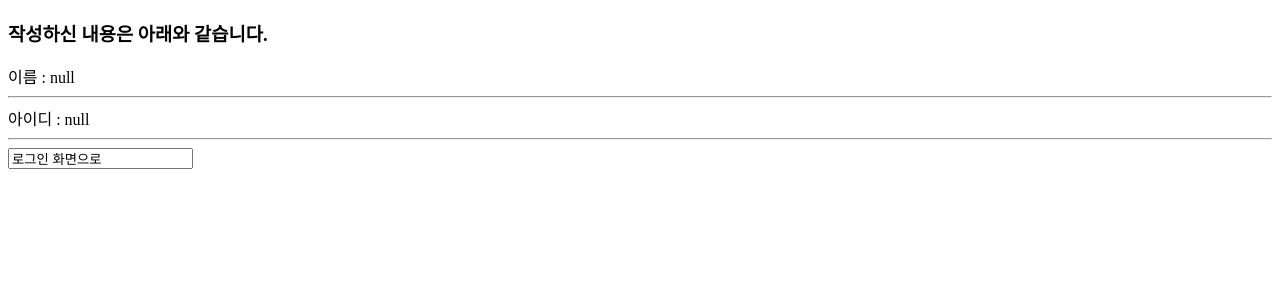
Repository: Gabintree/JDBC2019
Page: http://localhost/Oracle_20190522/chap10_joined.jsp
An editor plug-in stored every save of this project. The page is shown before and after the next save, followed by the edit.
The browser window is 1280 px wide. The pictures show the whole page.
The page is served by Tomcat 9.

Above is the page before, as saved 2019-05-23 06:30:22.

### Oracle_20190522/WebContent/chap10_joined.jsp
<%@ page language="java" contentType="text/html; charset=UTF-8"
    pageEncoding="UTF-8"%>
<!DOCTYPE html>
<html>
<head>
<meta charset="UTF-8">
<title>Insert title here</title>
</head>
<body>
<%
 	String id = request.getParameter("id");
	String pw = request.getParameter("pw");
	String name = request.getParameter("name");



 %>

 	<h3>작성하신 내용은 아래와 같습니다.</h3>

 	이름 : <%=name %>
 	<hr>
 	아이디 : <%= id %>
	<hr>
	<a href = "chap10_login.jsp"><input type ="text" value="로그인 화면으로"></a>
</body>
</html>

After the next save:
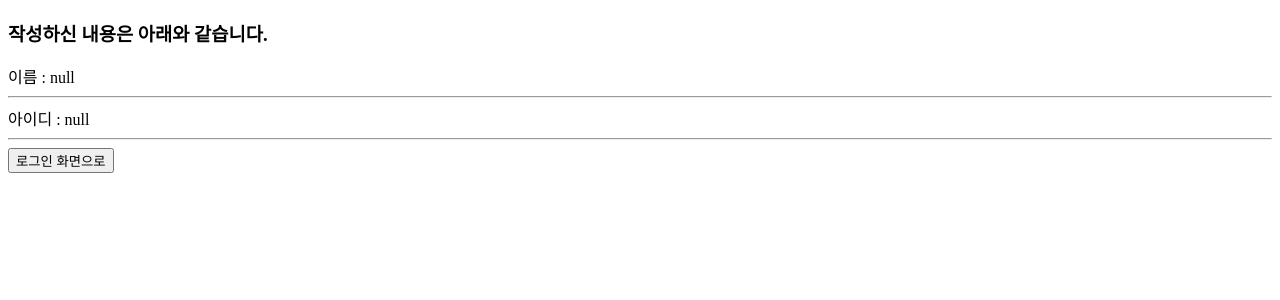
Saved 43 s later.
--- a/Oracle_20190522/WebContent/chap10_joined.jsp
+++ b/Oracle_20190522/WebContent/chap10_joined.jsp
@@ -4,7 +4,7 @@
 <html>
 <head>
 <meta charset="UTF-8">
-<title>Insert title here</title>
+<title>회원가입</title>
 </head>
 <body>
 <%
@@ -22,6 +22,6 @@
  	<hr>
  	아이디 : <%= id %>
 	<hr>
-	<a href = "chap10_login.jsp"><input type ="text" value="로그인 화면으로"></a>
+	<a href = "chap10_login.jsp"><input type ="button" value="로그인 화면으로"></a>
 </body>
 </html>
